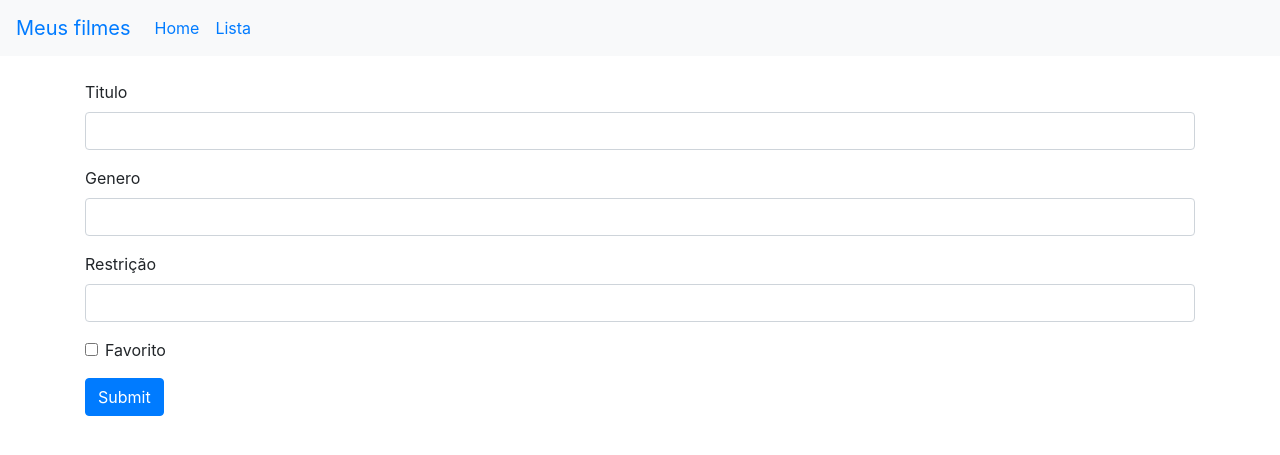
Repository: fernandoblumenau/javaWEB
Page: http://localhost/MeusFilmes/
An editor plug-in stored every save of this project. The page is shown before and after the next save, followed by the edit.
The browser window is 1280 px wide. The pictures show the whole page.
The page is served by Tomcat 10. Other server files are loaded and not shown.

Above is the page before, as saved 2022-03-25 22:24:07.

### MeusFilmes/src/main/webapp/WEB-INF/home.jsp
<%@ page language="java" contentType="text/html; charset=ISO-8859-1"
    pageEncoding="ISO-8859-1"%>

<!DOCTYPE html>
<html>
<head>
<meta charset="ISO-8859-1">
<title>Meus Filmes</title>
<link rel="stylesheet" href="https://cdn.jsdelivr.net/npm/bootstrap@4.6.1/dist/css/bootstrap.min.css" integrity="sha384-zCbKRCUGaJDkqS1kPbPd7TveP5iyJE0EjAuZQTgFLD2ylzuqKfdKlfG/eSrtxUkn" crossorigin="anonymous">

</head>
<body>
	<header>


		<nav class="navbar navbar-expand-lg navbar-primary bg-light">
		  <a class="navbar-brand" href="#">Meus filmes</a>
		  <button class="navbar-toggler" type="button" data-toggle="collapse" data-target="#navbarSupportedContent" aria-controls="navbarSupportedContent" aria-expanded="false" aria-label="Toggle navigation">
		    <span class="navbar-toggler-icon"></span>
		  </button>

		  <div class="collapse navbar-collapse" id="navbarSupportedContent">
		    <ul class="navbar-nav mr-auto">
		      <li class="nav-item active">
		        <a class="nav-link" href="#">Home <span class="sr-only">(current)</span></a>
		      </li>
		      <li class="nav-item">
		        <a class="nav-link" href="#">Lista</a>
		      </li>
		    </ul>
		  </div>
		</nav>
	</header>


<div class = "container mt-4" >
	<form>
	  <div class="mb-3">
	    <label for="titulo" class="form-label">Titulo</label>
	    <input type="text" class="form-control" id="titulo" name="email" aria-describedby="emailHelp">
	  </div>
	  <div class="mb-3">
	    <label for="genero" class="form-label">Genero</label>
	    <input type="text" class="form-control" id="genero" name="genero">
	  </div>
	  <div class="mb-3">
	    <label for="restricao" class="form-label">Restrição</label>
	    <input type="text" class="form-control" id="restricao" name="genero">
	  </div>
	  <div class="mb-3 form-check">
	    <input type="checkbox" class="form-check-input" id="exampleCheck1" name="favorito">
	    <label class="form-check-label" for="exampleCheck1">Favorito</label>
	  </div>
	  <button type="submit" class="btn btn-primary">Submit</button>
	</form>
</div>




<script src="https://cdn.jsdelivr.net/npm/jquery@3.5.1/dist/jquery.slim.min.js" integrity="sha384-DfXdz2htPH0lsSSs5nCTpuj/zy4C+OGpamoFVy38MVBnE+IbbVYUew+OrCXaRkfj" crossorigin="anonymous"></script>
<script src="https://cdn.jsdelivr.net/npm/bootstrap@4.6.1/dist/js/bootstrap.bundle.min.js" integrity="sha384-fQybjgWLrvvRgtW6bFlB7jaZrFsaBXjsOMm/tB9LTS58ONXgqbR9W8oWht/amnpF" crossorigin="anonymous"></script>


</body>
</html>

### MeusFilmes/src/main/java/br/com/projetosaula/meusfilmes/controller/HomeController.java
package br.com.projetosaula.meusfilmes.controller;

import java.io.IOException;

import org.apache.catalina.connector.Response;

import jakarta.servlet.RequestDispatcher;
import jakarta.servlet.Servlet;
import jakarta.servlet.ServletException;
import jakarta.servlet.annotation.WebServlet;
import jakarta.servlet.http.HttpServlet;
import jakarta.servlet.http.HttpServletRequest;
import jakarta.servlet.http.HttpServletResponse;


@WebServlet(name="HomeController", urlPatterns = "/")
public class HomeController extends HttpServlet implements Servlet {
	private static final long serialVersionUID = 1L;


    public HomeController() {

    }


	protected void doGet(HttpServletRequest request, HttpServletResponse response) throws ServletException, IOException {
		RequestDispatcher rd = request.getRequestDispatcher("WEB-INF/home.jsp");
		rd.forward(request, response);

		String nome = request.getParameter("email");
		System.out.println(nome);

	}


}

After the next save:
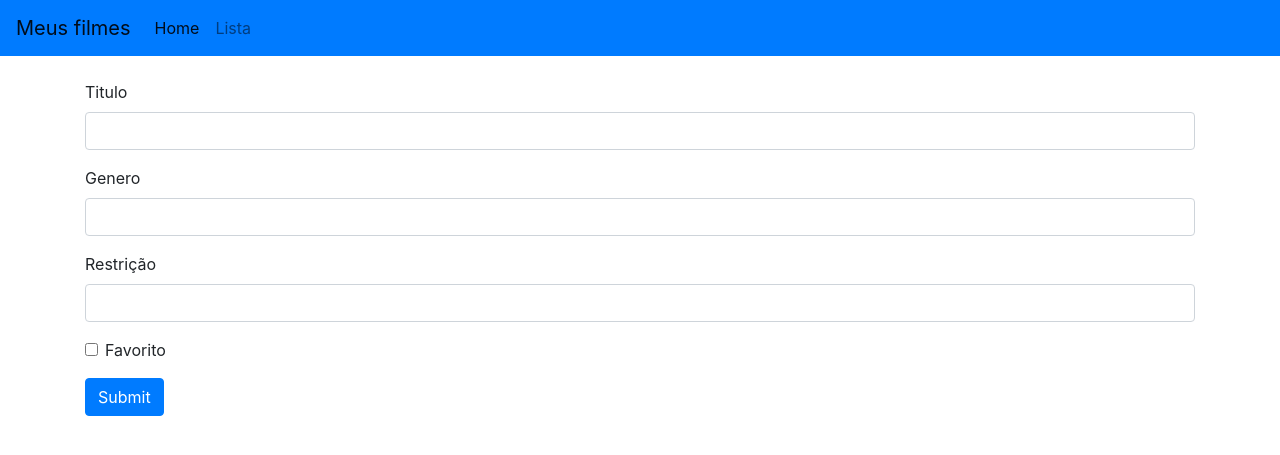
Saved 20 s later.
--- a/MeusFilmes/src/main/webapp/WEB-INF/home.jsp
+++ b/MeusFilmes/src/main/webapp/WEB-INF/home.jsp
@@ -13,7 +13,7 @@
 	<header>
 
 
-		<nav class="navbar navbar-expand-lg navbar-primary bg-light">
+		<nav class="navbar navbar-expand-lg navbar-light bg-primary">
 		  <a class="navbar-brand" href="#">Meus filmes</a>
 		  <button class="navbar-toggler" type="button" data-toggle="collapse" data-target="#navbarSupportedContent" aria-controls="navbarSupportedContent" aria-expanded="false" aria-label="Toggle navigation">
 		    <span class="navbar-toggler-icon"></span>
